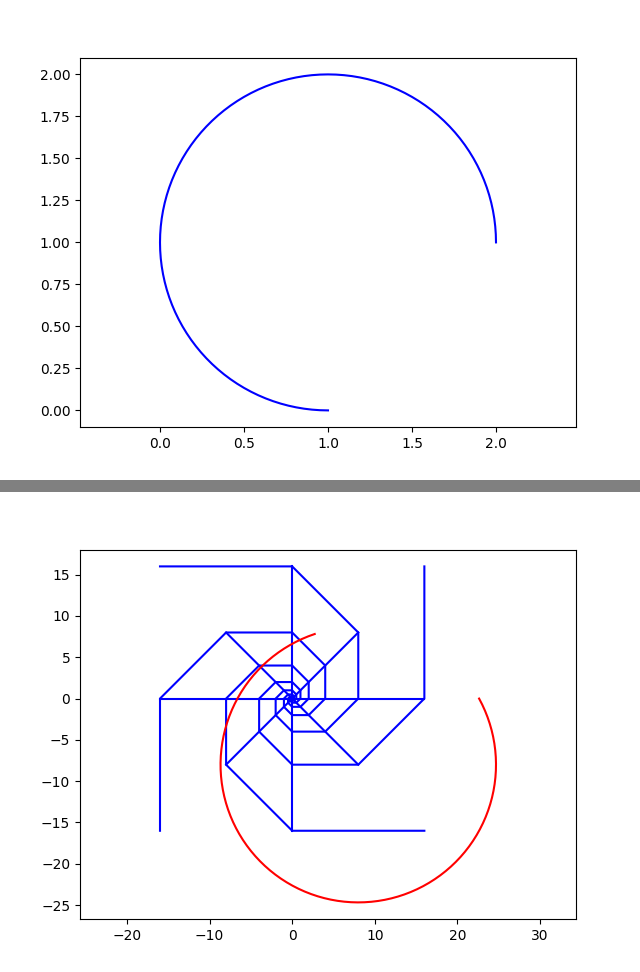
Repository: lbylzkx/Circle-Point-Manuscript
Script's output: python 卍.py
The author's editor kept a copy of each file at every save. The script's output is drawn from the files as they stood at one save, then again after the next save.
Each picture stacks the figures in order, with grey between them; figures that are only written to a file come last. Random numbers start from a fixed seed.

Above is the script's output before, as saved 2023-09-25 16:31:53.

### 卍.py
import numpy as np
import matplotlib.pyplot as plt
from arc import *
from 卍spiral import *


def x_position(n, thelta=0):
    return np.sqrt(2)**n*np.cos(n*np.pi/4+thelta)


def y_position(n, thelta=0):
    return np.sqrt(2)**n*np.sin(n*np.pi/4+thelta)


# axis
x_axis_1 = [x_position(8), x_position(8, thelta=np.pi)]
y_axis_1 = [y_position(8), y_position(8, thelta=np.pi)]
plt.plot(x_axis_1, y_axis_1, 'b')

x_axis_2 = [x_position(8, thelta=np.pi/2), x_position(8, thelta=3*np.pi/2)]
y_axis_2 = [y_position(8, thelta=np.pi/2), y_position(8, thelta=3*np.pi/2)]
plt.plot(x_axis_2, y_axis_2, 'b')

x_axis_3 = [x_position(7, thelta=0), x_position(7, thelta=np.pi)]
y_axis_3 = [y_position(7, thelta=0), y_position(7, thelta=np.pi)]
plt.plot(x_axis_3, y_axis_3, 'b')

x_axis_4 = [x_position(7, thelta=np.pi/2), x_position(7, thelta=3*np.pi/2)]
y_axis_4 = [y_position(7, thelta=np.pi/2), y_position(7, thelta=3*np.pi/2)]
plt.plot(x_axis_4, y_axis_4, 'b')
# axis

x1 = [x_position(i, thelta=0) for i in range(-10, 10)]
y1 = [y_position(i, thelta=0) for i in range(-10, 10)]
plt.plot(x1, y1, 'b')

x2 = [x_position(i, thelta=np.pi/2) for i in range(-10, 10)]
y2 = [y_position(i, thelta=np.pi/2) for i in range(-10, 10)]
plt.plot(x2, y2, 'b')

x3 = [x_position(i, thelta=np.pi) for i in range(-10, 10)]
y3 = [y_position(i, thelta=np.pi) for i in range(-10, 10)]
plt.plot(x3, y3, 'b')

x4 = [x_position(i, thelta=3*np.pi/2) for i in range(-10, 10)]
y4 = [y_position(i, thelta=3*np.pi/2) for i in range(-10, 10)]
plt.plot(x4, y4, 'b')

# for alpha in range(0, 4):
#     for n in range(-10, 9):
#         arc((loutus_x_center(n, alpha*np.pi/2), loutus_y_center(n, alpha*np.pi/2)),
#             (x_position(n, alpha*np.pi/2), y_position(n, alpha*np.pi/2)), (loutus_x_to(n, alpha*np.pi/2), loutus_y_to(n, alpha*np.pi/2)))


arc((loutus_x_center_inverse(8), loutus_y_center_inverse(8)),
    (loutus_x_from_inverse(8), loutus_y_from_inverse(8)), (loutus_x_to_inverse(8), loutus_y_to_inverse(8)), 'r')

# arc((-8, 8), (16, 0), (16, 16))

plt.axis('equal')
plt.show()

### arc.py
import matplotlib.pyplot as plt
import numpy as np
import sys
sys.path.append('C:/Userslbylzk/Documents/BaiduSyncdisk/Flowers')

""""""
# 从point2到point1的圆弧
""""""

# 顺时针


def arc(center, point1, point2, color='b'):
    # 计算端点到圆心的向量
    vector1 = np.array(point1) - np.array(center)
    vector2 = np.array(point2) - np.array(center)

    # 计算向量的模长
    r1 = np.linalg.norm(vector1)
    r2 = np.linalg.norm(vector2)

    # 计算向量之间的夹角
    theta1 = np.arctan2(vector1[1], vector1[0])
    theta2 = np.arctan2(vector2[1], vector2[0])

    # 确保 theta2 > theta1
    if theta1 < theta2:
        theta1 += 2 * np.pi

    # 计算圆弧上的点
    t = np.linspace(theta1, theta2, 100)
    x = center[0] + r1 * np.cos(t)
    y = center[1] + r1 * np.sin(t)

    # X,Y轴等长
    plt.axis('equal')
    # 绘制圆弧
    plt.plot(x, y, color)

# 逆时针


def arc_inverse(center, point1, point2, color='b'):
    # 计算端点到圆心的向量
    vector1 = np.array(point1) - np.array(center)
    vector2 = np.array(point2) - np.array(center)

    # 计算向量的模长
    r1 = np.linalg.norm(vector1)
    r2 = np.linalg.norm(vector2)

    # 计算向量之间的夹角
    theta1 = np.arctan2(vector1[1], vector1[0])
    theta2 = np.arctan2(vector2[1], vector2[0])

    # 确保 theta2 > theta1
    if theta2 < theta1:
        theta2 += 2 * np.pi

    # 计算圆弧上的点
    t = np.linspace(theta1, theta2, 100)
    x = center[0] + r1 * np.cos(t)
    y = center[1] + r1 * np.sin(t)

    # X,Y轴等长
    plt.axis('equal')
    # 绘制圆弧
    plt.plot(x, y, color)


# 示例
# arc((1, 1), (2, 1), (1, 0), 'r')
arc((1, 1), (1, 0), (2, 1))
plt.axis('equal')
plt.show()

### 卍spiral.py
import numpy as np
import matplotlib.pyplot as plt
from arc import *


# The points of 卍 or lotus

# 正旋(右旋)
# center:
def loutus_x_center(n, thelta=0):
    return np.sqrt(2)**(n-1)*np.cos(n*np.pi/4+3*np.pi/4+thelta)


def loutus_y_center(n, thelta=0):
    return np.sqrt(2)**(n-1)*np.sin(n*np.pi/4+3*np.pi/4+thelta)


# from:
def x_position(n, thelta=0):
    return np.sqrt(2)**n*np.cos(n*np.pi/4+thelta)


def y_position(n, thelta=0):
    return np.sqrt(2)**n*np.sin(n*np.pi/4+thelta)

# to:


def loutus_x_to(n, thelta=0):
    return np.sqrt(2)**(n+1)*np.cos(n*np.pi/4+np.pi/4+thelta)


def loutus_y_to(n, thelta=0):
    return np.sqrt(2)**(n+1)*np.sin(n*np.pi/4+np.pi/4+thelta)

# 逆旋(左旋)
# center:


def loutus_x_center_inverse(n, thelta=0):
    return np.sqrt(2)**(n-1)*np.cos(n*np.pi/4+7*np.pi/4+thelta)


def loutus_y_center_inverse(n, thelta=0):
    return np.sqrt(2)**(n-1)*np.sin(n*np.pi/4+7*np.pi/4+thelta)


# from:
def loutus_x_from_inverse(n, thelta=0):
    return np.sqrt(2)**(n+1)*np.cos(n*np.pi/4+thelta)


def loutus_y_from_inverse(n, thelta=0):
    return np.sqrt(2)**(n+1)*np.sin(n*np.pi/4+thelta)


# to:


def loutus_x_to_inverse(n, thelta=0):
    return np.sqrt(2)**n*np.cos(n*np.pi/4+np.pi/2+thelta)


def loutus_y_to_inverse(n, thelta=0):
    return np.sqrt(2)**n*np.sin(n*np.pi/4+np.pi/2+thelta)

# for alpha in range(0, 4):
#     for n in range(-10, 9):
#         arc((loutus_x_center(n, alpha*np.pi/2), loutus_y_center(n, alpha*np.pi/2)),
#             (x_position(n, alpha*np.pi/2), y_position(n, alpha*np.pi/2)), (loutus_x_to(n, alpha*np.pi/2), loutus_y_to(n, alpha*np.pi/2)), 'r')
    # arc((loutus_x_center_inverse(n, alpha*np.pi/2), loutus_y_center_inverse(n, alpha*np.pi/2)),
    #     (x_position_inverse(n, alpha*np.pi/2), y_position_inverse(n, alpha*np.pi/2)), (loutus_x_to_inverse(n, alpha*np.pi/2), loutus_y_to_inverse(n, alpha*np.pi/2)), 'r')
# arc((loutus_x_center_inverse(8, alpha*np.pi/2), loutus_y_center_inverse(8, alpha*np.pi/2)),
#     (x_position_inverse(8, alpha*np.pi/2), y_position_inverse(8, alpha*np.pi/2)), (loutus_x_to_inverse(8, alpha*np.pi/2), loutus_y_to_inverse(8, alpha*np.pi/2)), 'r')
# plt.axis('equal')
# plt.show()

After the next save:
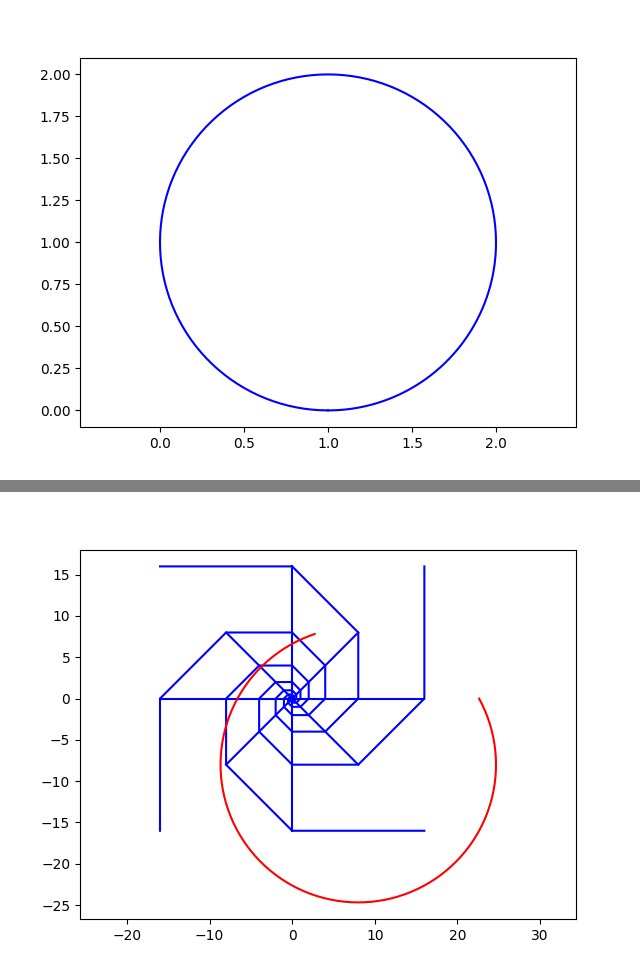
Saved 27 s later.
--- a/arc.py
+++ b/arc.py
@@ -71,5 +71,6 @@ def arc_inverse(center, point1, point2, color='b'):
 # 示例
 # arc((1, 1), (2, 1), (1, 0), 'r')
 arc((1, 1), (1, 0), (2, 1))
+arc_inverse((1, 1), (1, 0), (2, 1))
 plt.axis('equal')
 plt.show()
